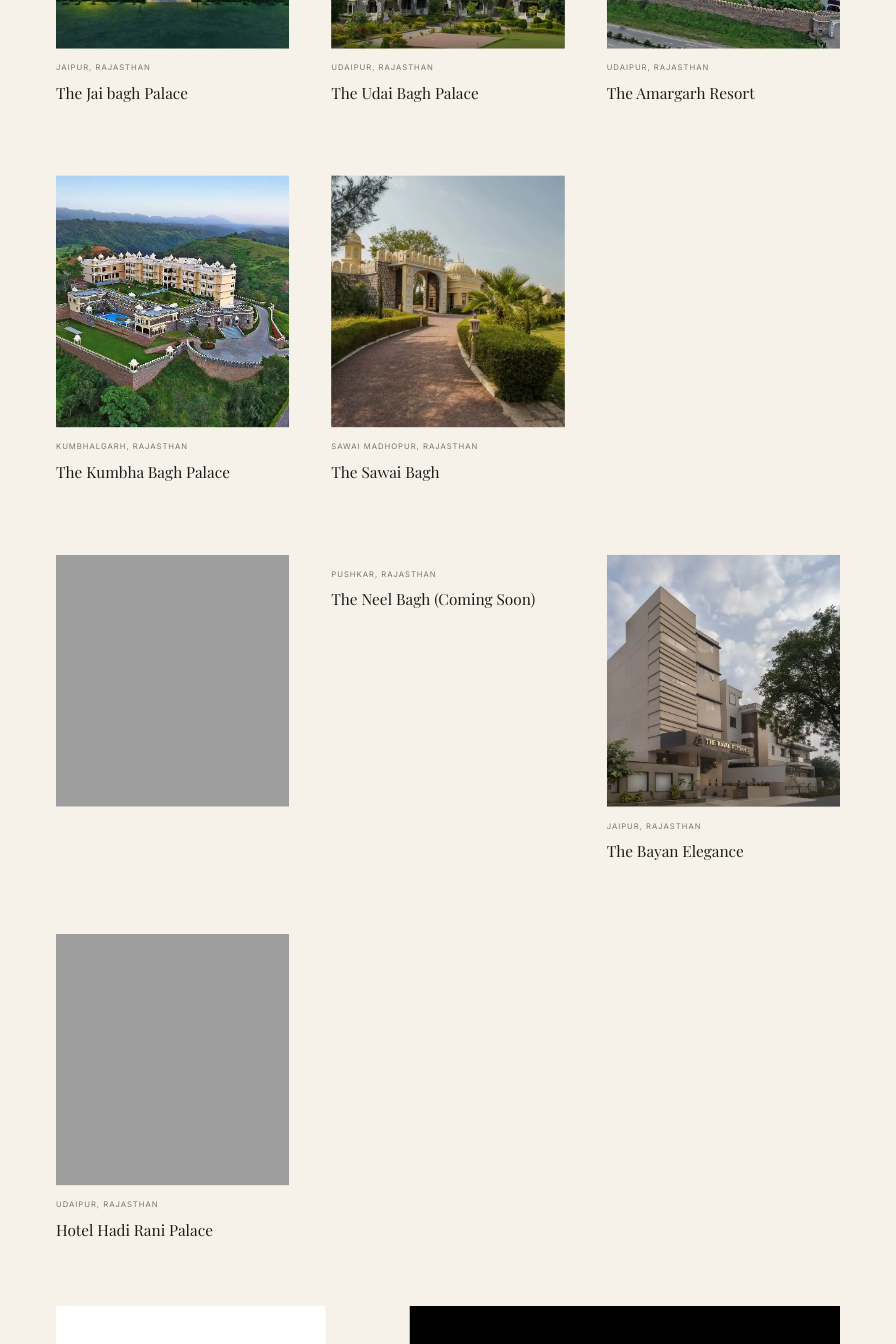
Repository: Arpitpawa/bayan-website
Page: hotels.html
An editor plug-in stored every save of this project. The page is shown before and after a run of saves, followed by the edit.
The browser window is 1280 px wide. The pictures show the part of the page from y = 1232 to 3152 px (the page is 4413 px tall before and 3871 px after), at 70% of full size.
Pictures or frames that could not be fetched are drawn as grey boxes.

Above is the page before, as saved 2026-02-28 12:11:26.
Console error: TypeError: Cannot set properties of null (setting 'onclick')

After the next 2 saves:
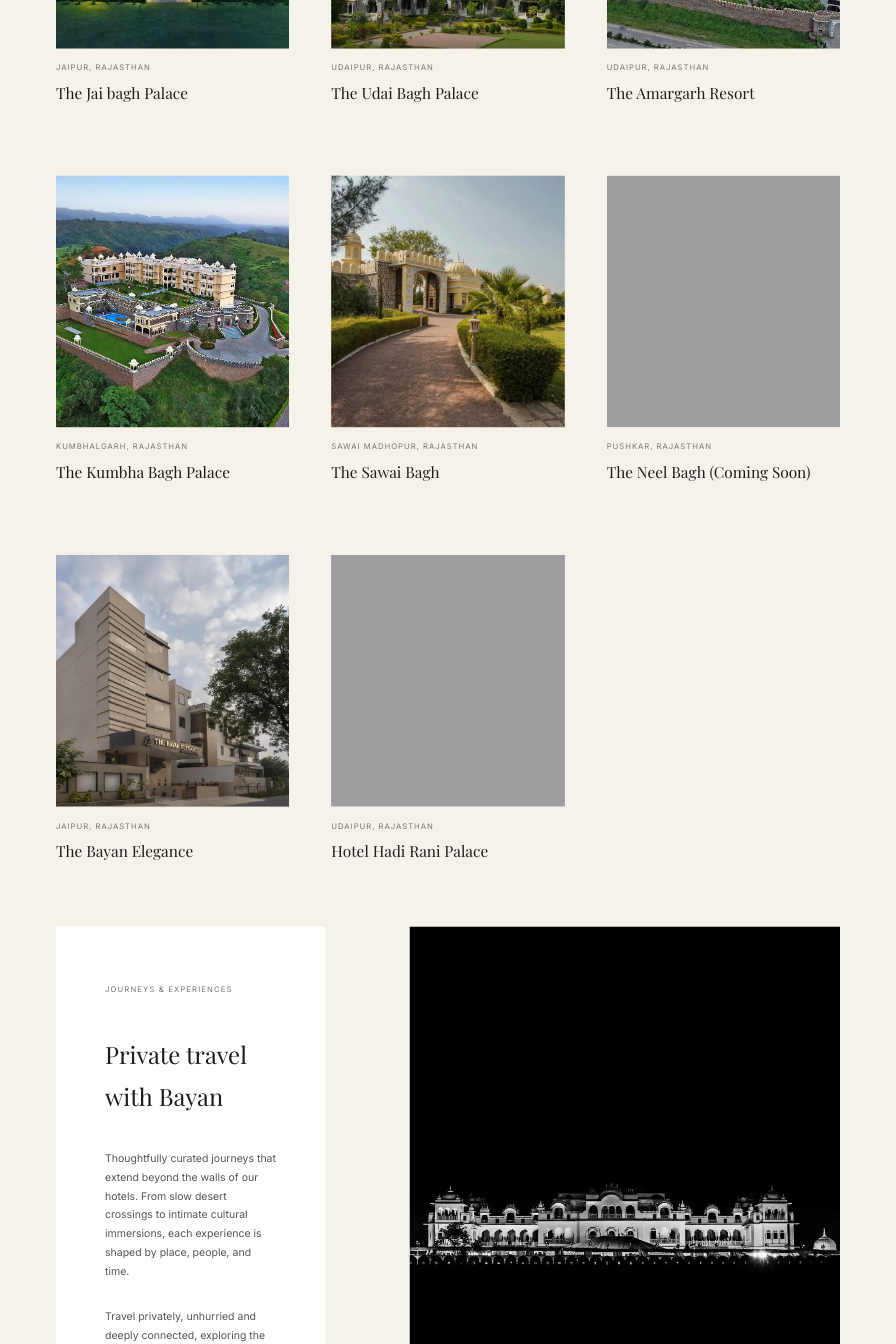
The 2 saves are shown as one change because they came seconds apart.
The last was saved 10 s later.
--- a/hotels.html
+++ b/hotels.html
@@ -196,7 +196,7 @@
 
       </div>
     </a>
-    <div class="hotel-card hotel-disabled" data-location="pushkar"></div>
+    <div class="hotel-card hotel-disabled" data-location="pushkar">
       <div class="hotel-image">
         <img src="assets/images/neelbagh.png" alt="The Bayan Elegance Jaipur">
       </div>
@@ -204,6 +204,7 @@
         <span class="hotel-location">Pushkar, Rajasthan</span>
         <h3>The Neel Bagh (Coming Soon)</h3>
 
+      </div>
       </div>
     </a>
     <a href="properties/bayan-elegance.html" class="hotel-card" data-location="jaipur">
